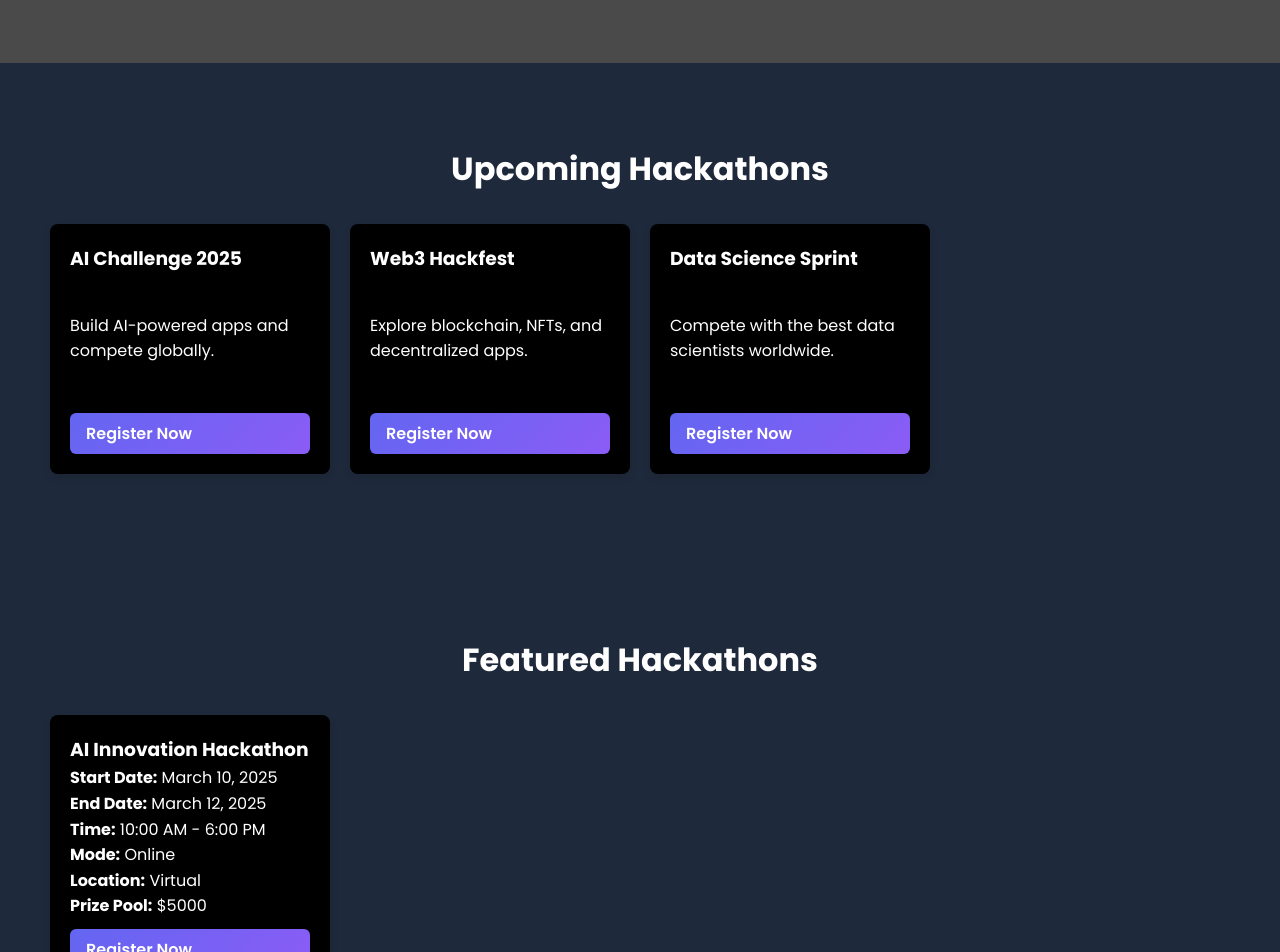
Repository: masihuddin-tech/Hackathon-Project
Page: index.html
An editor plug-in stored every save of this project. The page is shown before and after the next save, followed by the edit.
The browser window is 1280 px wide. The pictures show the part of the page from y = 657 to 1609 px (the page is 1970 px tall before and 1995 px after).
Pictures or frames that could not be fetched are drawn as grey boxes. Backgrounds fixed to the window are drawn as part of the page.

Above is the page before, as saved 2025-09-04 10:49:31.
Not found: app.js

After the next save:
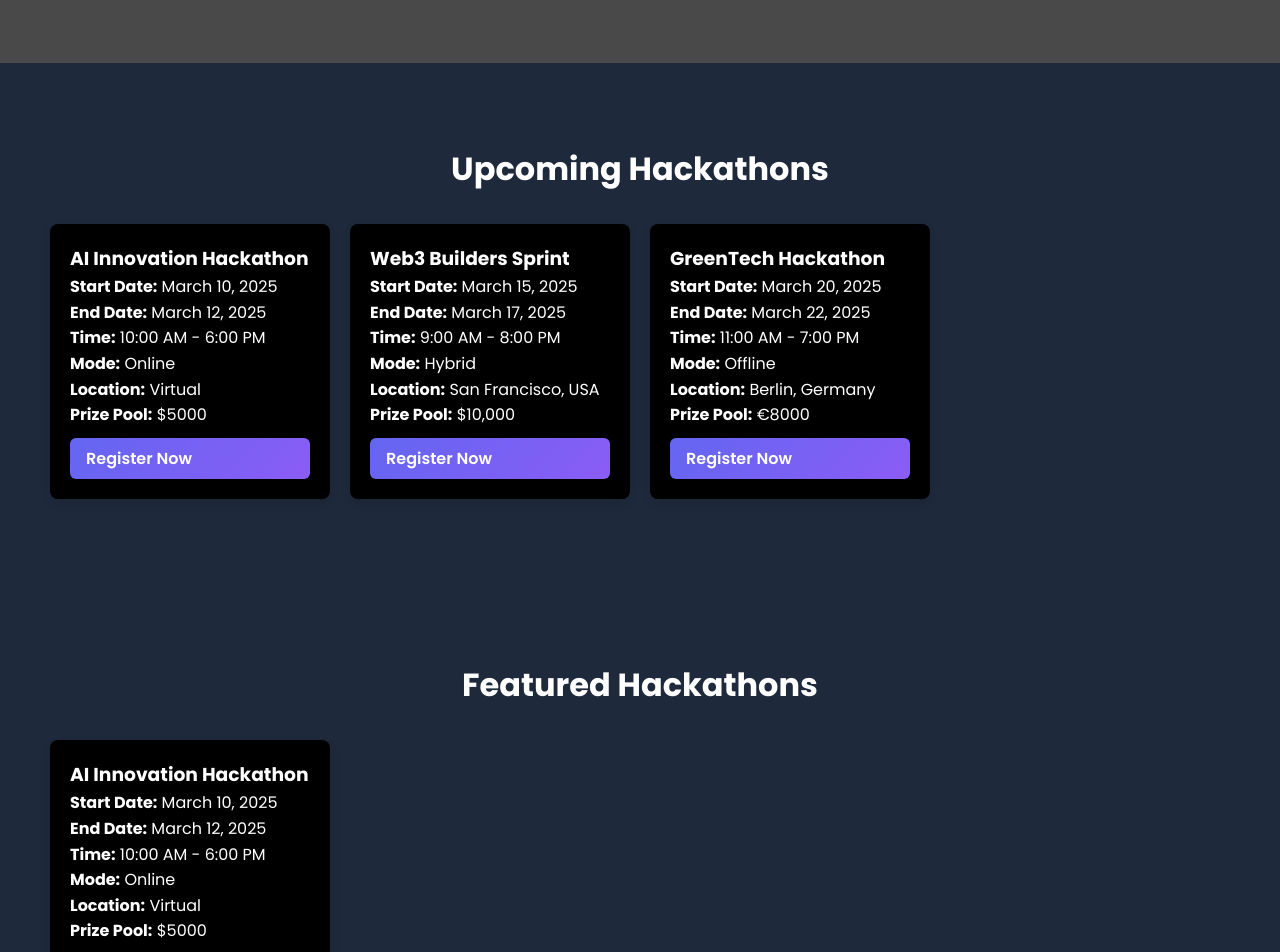
Saved 2 min 10 s later.
--- a/index.html
+++ b/index.html
@@ -40,20 +40,38 @@
   <div class="hackathon-grid" id="current-hackathons">
     <!-- Dummy Cards -->
     <div class="card">
-      <h3>AI Challenge 2025</h3>
-      <p>Build AI-powered apps and compete globally.</p>
-      <a href="#">Register Now</a>
-    </div>
-    <div class="card">
-      <h3>Web3 Hackfest</h3>
-      <p>Explore blockchain, NFTs, and decentralized apps.</p>
-      <a href="#">Register Now</a>
-    </div>
-    <div class="card">
-      <h3>Data Science Sprint</h3>
-      <p>Compete with the best data scientists worldwide.</p>
-      <a href="#">Register Now</a>
-    </div>
+  <h3>AI Innovation Hackathon</h3>
+  <p><strong>Start Date:</strong> March 10, 2025</p>
+  <p><strong>End Date:</strong> March 12, 2025</p>
+  <p><strong>Time:</strong> 10:00 AM - 6:00 PM</p>
+  <p><strong>Mode:</strong> Online</p>
+  <p><strong>Location:</strong> Virtual</p>
+  <p><strong>Prize Pool:</strong> $5000</p>
+  <a href="#">Register Now</a>
+</div>
+
+<div class="card">
+  <h3>Web3 Builders Sprint</h3>
+  <p><strong>Start Date:</strong> March 15, 2025</p>
+  <p><strong>End Date:</strong> March 17, 2025</p>
+  <p><strong>Time:</strong> 9:00 AM - 8:00 PM</p>
+  <p><strong>Mode:</strong> Hybrid</p>
+  <p><strong>Location:</strong> San Francisco, USA</p>
+  <p><strong>Prize Pool:</strong> $10,000</p>
+  <a href="#">Register Now</a>
+</div>
+
+<div class="card">
+  <h3>GreenTech Hackathon</h3>
+  <p><strong>Start Date:</strong> March 20, 2025</p>
+  <p><strong>End Date:</strong> March 22, 2025</p>
+  <p><strong>Time:</strong> 11:00 AM - 7:00 PM</p>
+  <p><strong>Mode:</strong> Offline</p>
+  <p><strong>Location:</strong> Berlin, Germany</p>
+  <p><strong>Prize Pool:</strong> €8000</p>
+  <a href="#">Register Now</a>
+</div>
+
   </div>
 </section>
 
